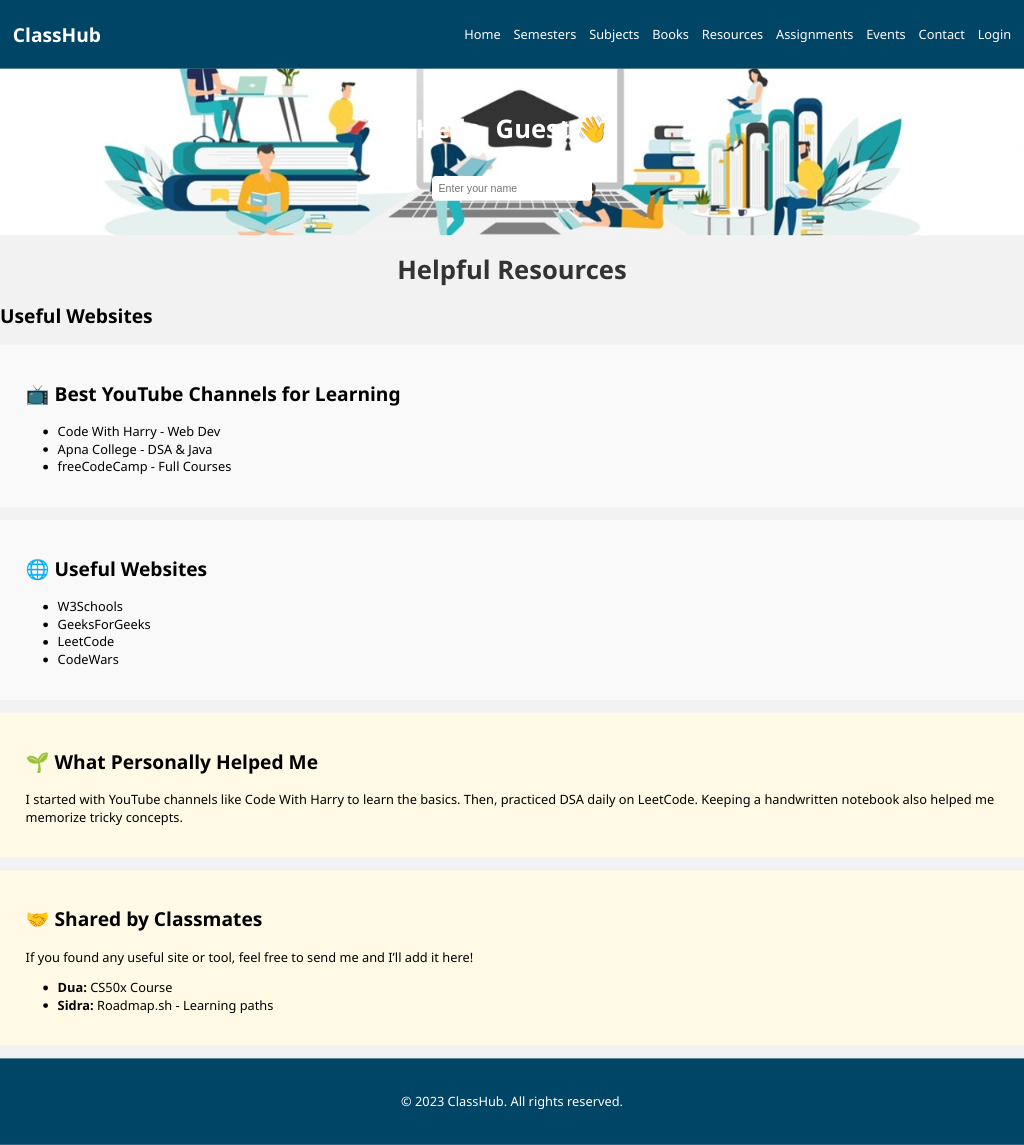
Repository: MariamSawera/eduNova
Page: resources.html
An editor plug-in stored every save of this project. The page is shown before and after a run of saves, followed by the edit.
The browser window is 1280 px wide. The pictures show the whole page, at 80% of full size.

Above is the page before, as saved 2025-07-23 23:53:03.

After the next 3 saves:
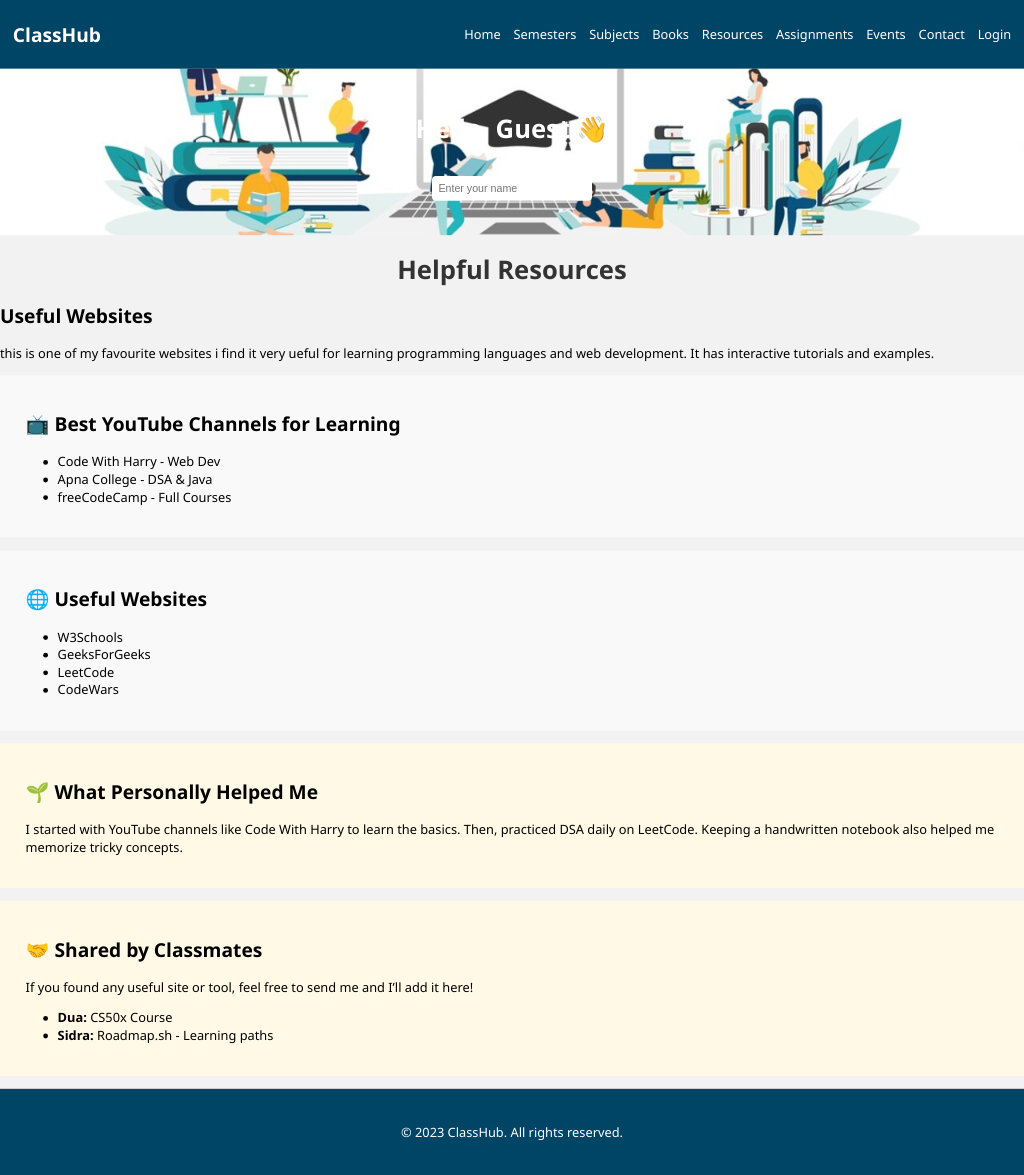
The 3 saves are shown as one change because they came seconds apart.
The last was saved 59 s later.
--- a/resources.html
+++ b/resources.html
@@ -39,6 +39,12 @@
     <div class="box">
 
       <h2>Useful Websites </h2>
+      <p>
+        this is one of my favourite websites i find it very ueful for learning
+        programming languages and web development. It has interactive tutorials and examples.
+
+      </p>
+      <a href=""> </a>
 
     </div>
 
